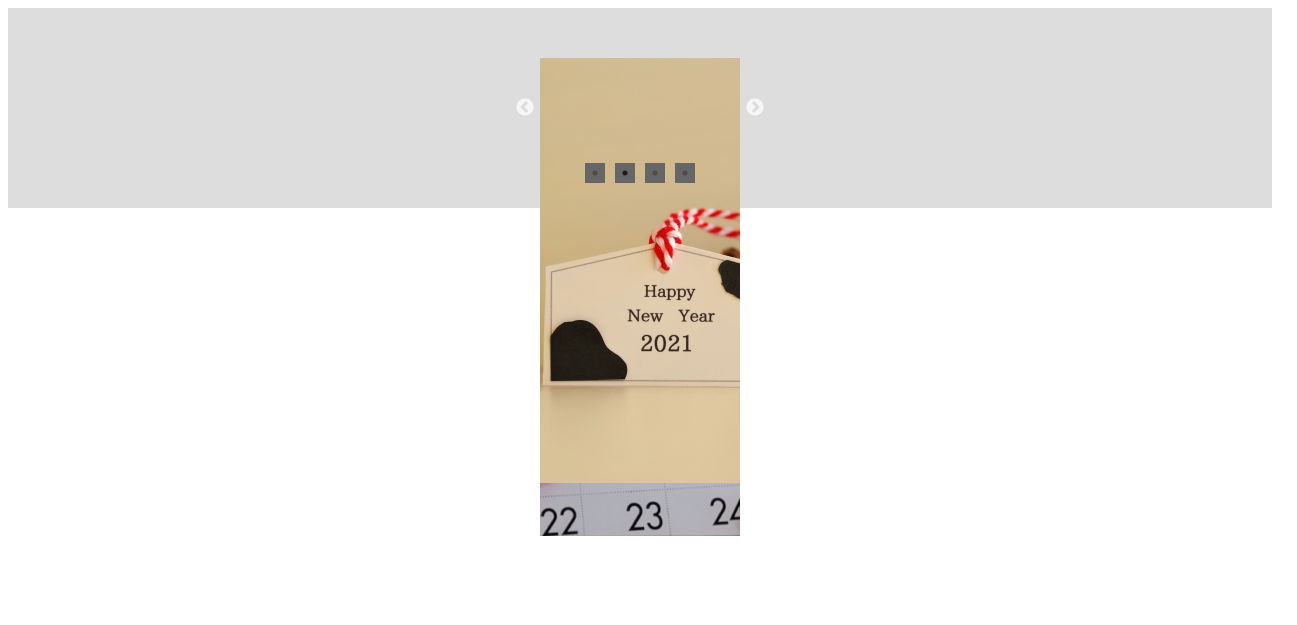
Repository: 92hisa/js-slideshow
Page: index.html
The author's editor kept a record of every edit. The page is drawn from the files as they stood at one moment, then again after the next edit.
The browser window is 1280 px wide. The page is 1280 px wide, then 1297 px, so the pictures cover 1297 px, including what lies to the right of the window. The pictures show the whole page.

Above is the page before.

After the next edit:
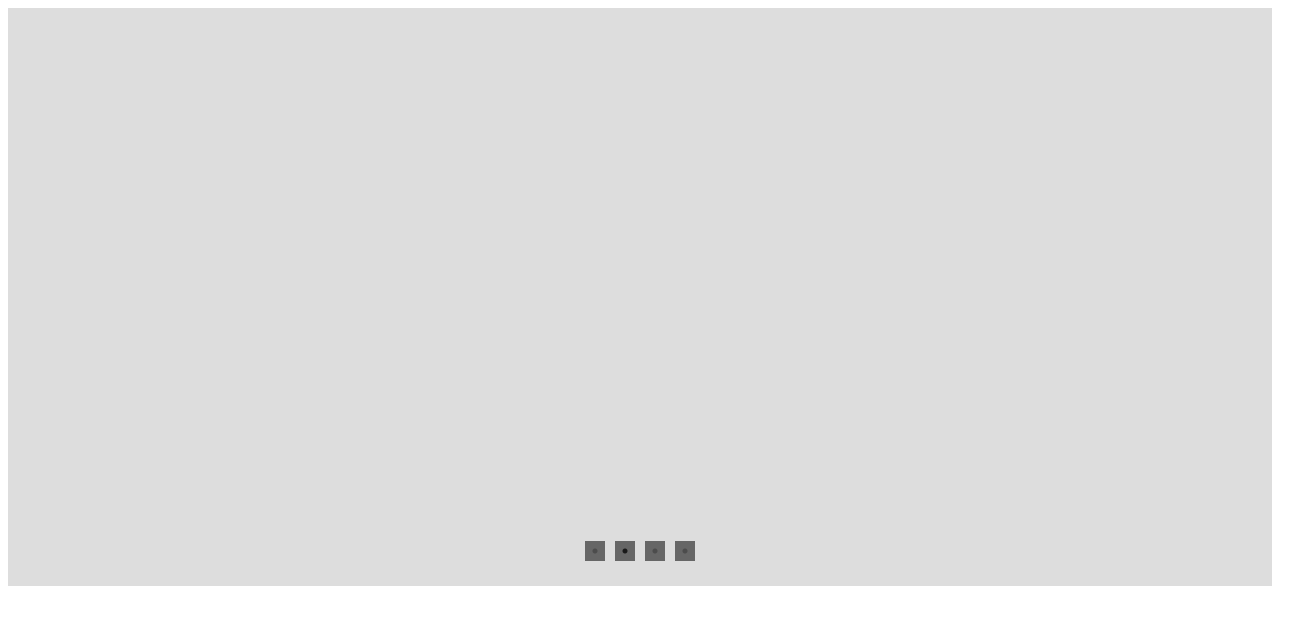
The edit:
--- a/main.css
+++ b/main.css
@@ -3,8 +3,8 @@
   padding: 50px 0;
 }
 #slider{
-  width: 200px;
-  height: 100px;
+  width: 100%;
+  height: 100%;
   margin: 0 auto;
 }
 
